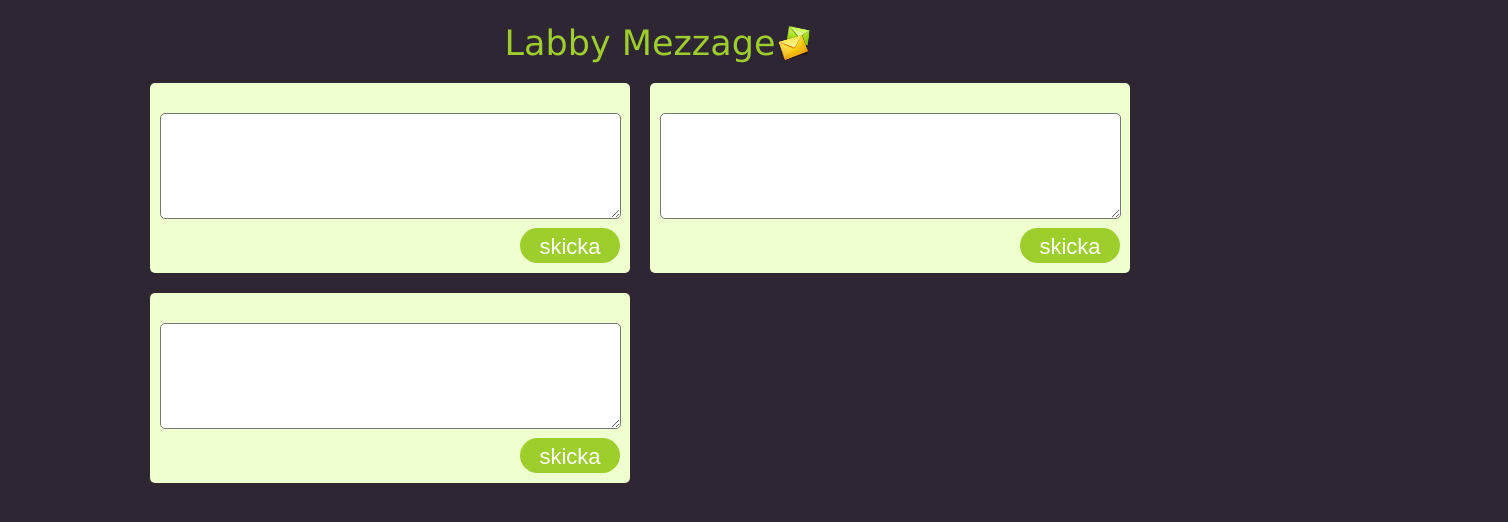
Repository: ad222kr/1dv403-laborationer
Page: 2-labbymezzage/index.html
The author's editor kept a record of every edit. The page is drawn from the files as they stood at one moment, then again after the next edit.
The browser window is 1280 px wide. The page is 1280 px wide, then 1508 px, so the pictures cover 1508 px, including what lies to the right of the window. The pictures show the whole page.

Above is the page before.

After the next edit:
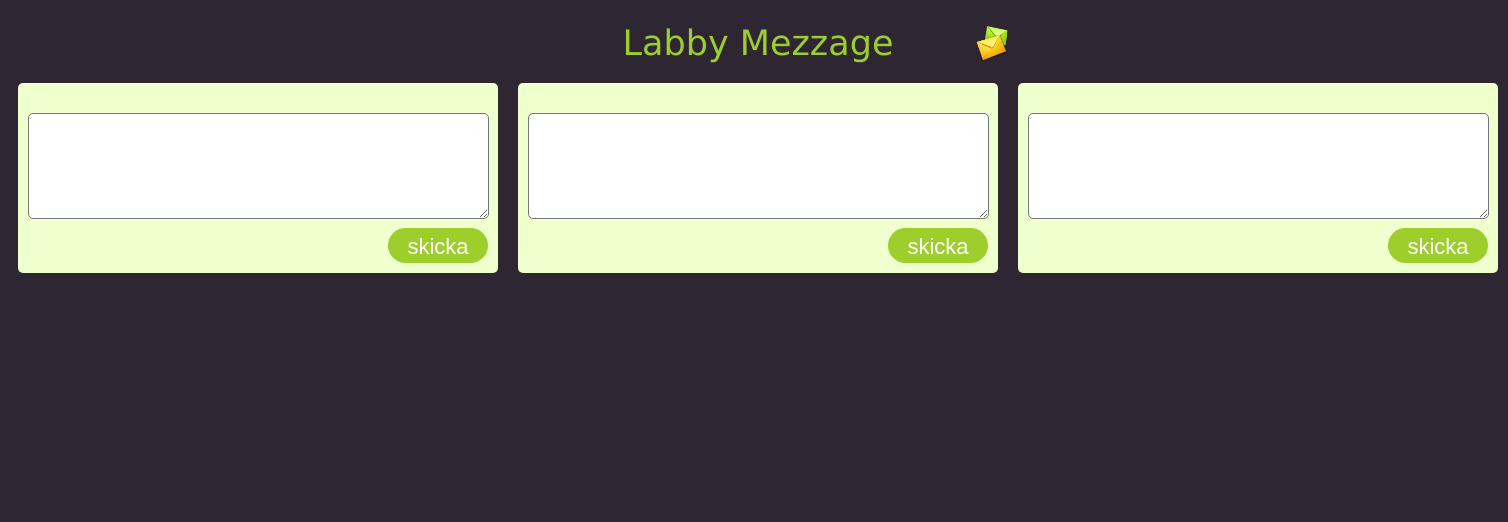
The edit:
--- a/2-labbymezzage/css/style.css
+++ b/2-labbymezzage/css/style.css
@@ -35,7 +35,7 @@
 }
 
 #container{
-    width: 1000px;
+    width: 1500px;
     margin: 0px auto;
 }
 
